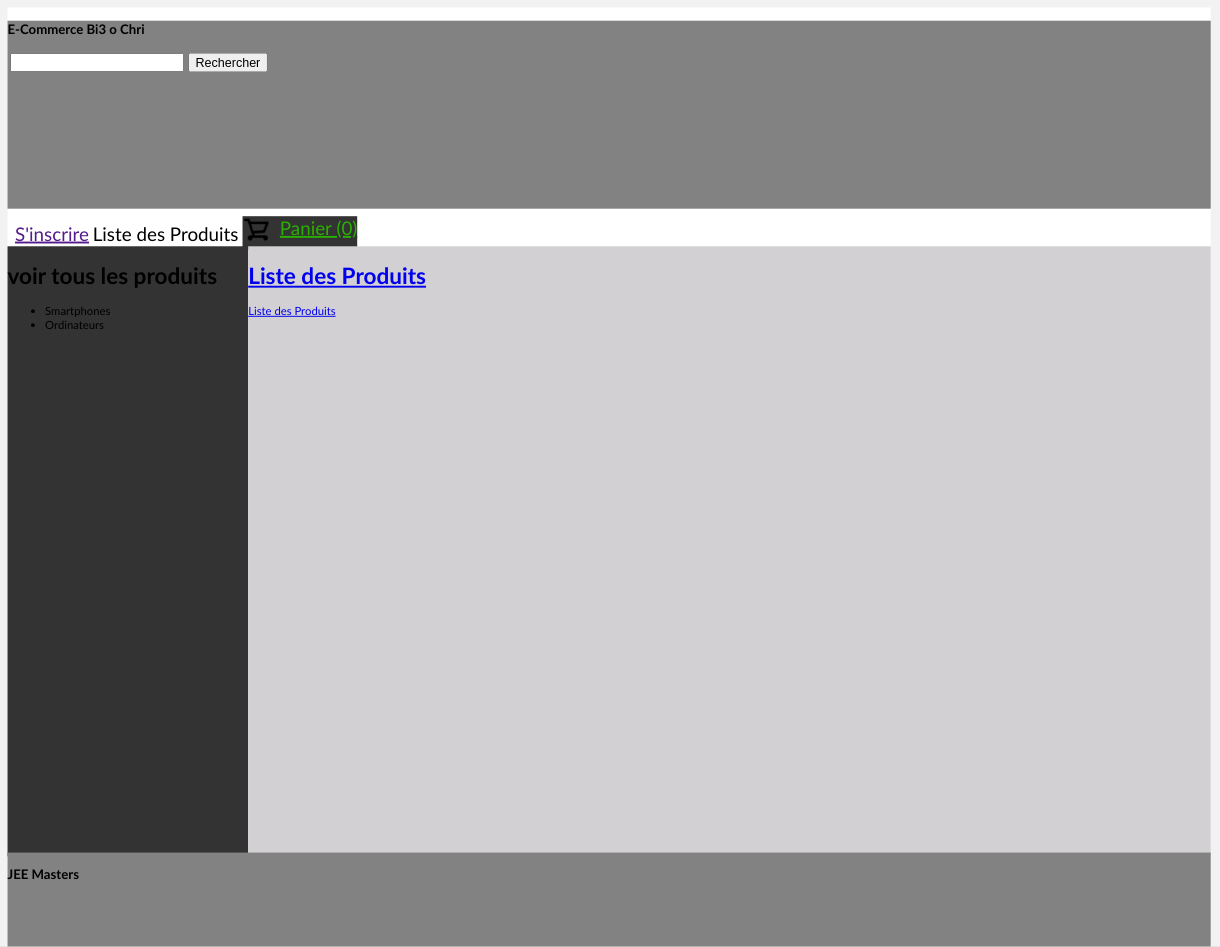
Repository: EBusinesss/Ebusiness
Page: http://localhost/EcomWEB/
The author's editor kept a copy of each file at every save. The page is drawn from the files as they stood at one save, then again after the next save.
The browser window is 1280 px wide. The page is 1298 px wide, so the pictures cover 1298 px, including what lies to the right of the window. The pictures show the whole page, at 94% of full size.
The page is served by Tomcat 9. Nobody is signed in. The application's start-up code is not run.

Above is the page before, as saved 2014-12-25 15:00:45.

After the next save:
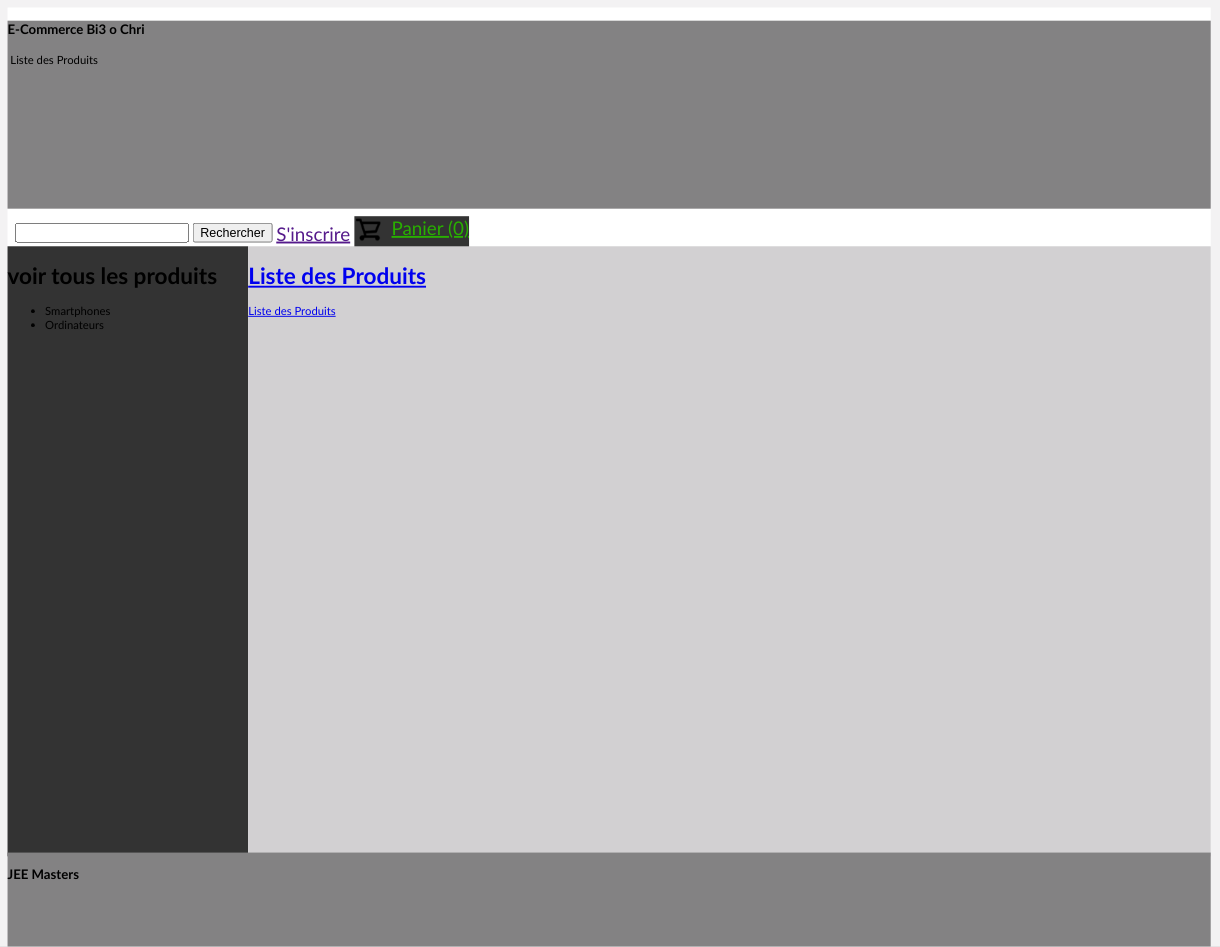
Saved 114 s later.
--- a/Workspace/EcomWEB/WebContent/index.jsp
+++ b/Workspace/EcomWEB/WebContent/index.jsp
@@ -19,10 +19,7 @@
 
 			<table>
 			<tr>
-				<td><input type="text" id="nomProduitRecherche" width="25" onkeydown="if (event.keyCode==13) document.getElementById('btnSearch').click()" ></td>
-				<td align="right" colspan="3">
-				<button onclick="Rechercher()" type="button" id="btnSearch">Rechercher</button></td>
-			</tr>
+							<td> <a onclick="listOfProducts()"> Liste des Produits </a> </td>			</tr>
 			</table>
 
 	</div>
@@ -31,9 +28,12 @@
 
 			<table class="tableNavig">
 			<tr>
+				<td><input type="text" id="nomProduitRecherche" width="25" onkeydown="if (event.keyCode==13) document.getElementById('btnSearch').click()" ></td>
+				<td align="right" colspan="3">
+				<button onclick="Rechercher()" type="button" id="btnSearch">Rechercher</button></td>
+
+
 				<td> <a href=""> S'inscrire</a> </td>
-
-				<td> <a onclick="listOfProducts()"> Liste des Produits </a> </td>
 
 				<td>
 					<div class="Basket">
